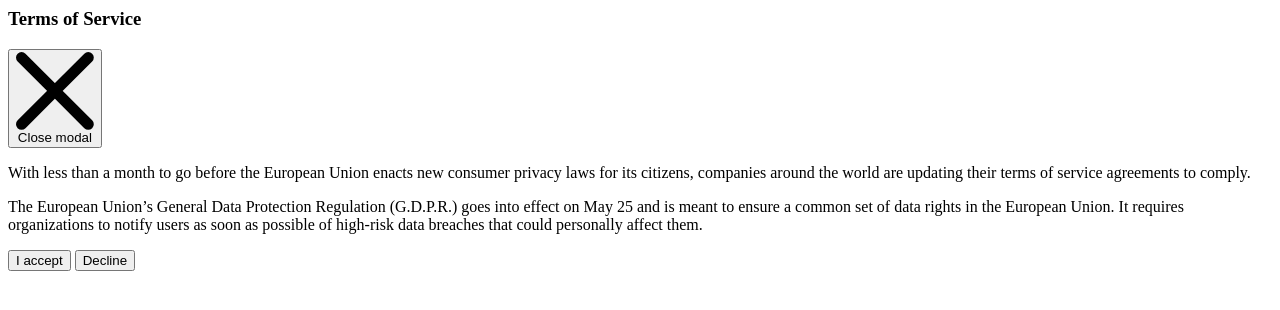
Repository: Saquib45/Manage-Contact
Page: src/main/resources/templates/user/contact_modals.html
The author's editor kept a copy of each file at every save. The page is drawn from the files as they stood at one save, then again after the next save.
The browser window is 1280 px wide. The pictures show the whole page.

Above is the page before, as saved 2025-03-23 16:17:22.

After the next save:
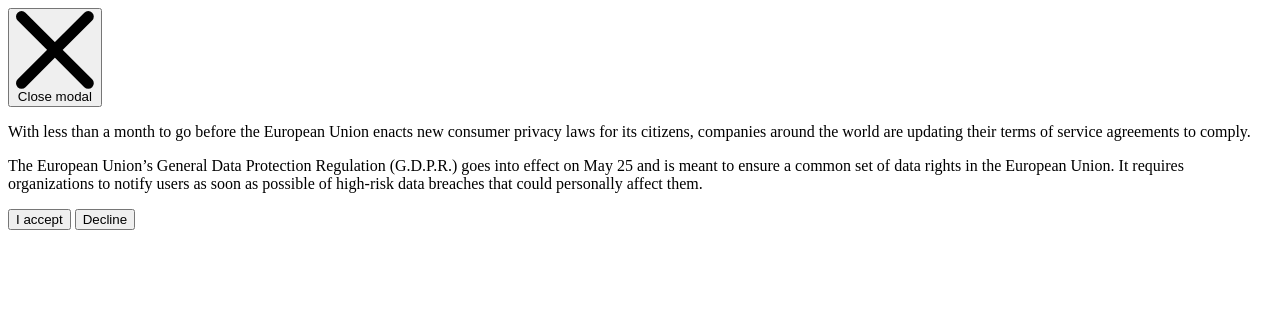
Saved 6 s later.
--- a/src/main/resources/templates/user/contact_modals.html
+++ b/src/main/resources/templates/user/contact_modals.html
@@ -16,7 +16,7 @@
           class="flex items-center justify-between p-4 md:p-5 border-b rounded-t dark:border-gray-600 border-gray-200"
         >
           <h3 id="contact_name" class="text-xl font-semibold text-gray-900 dark:text-white">
-            Terms of Service
+
           </h3>
           <button
             type="button"
